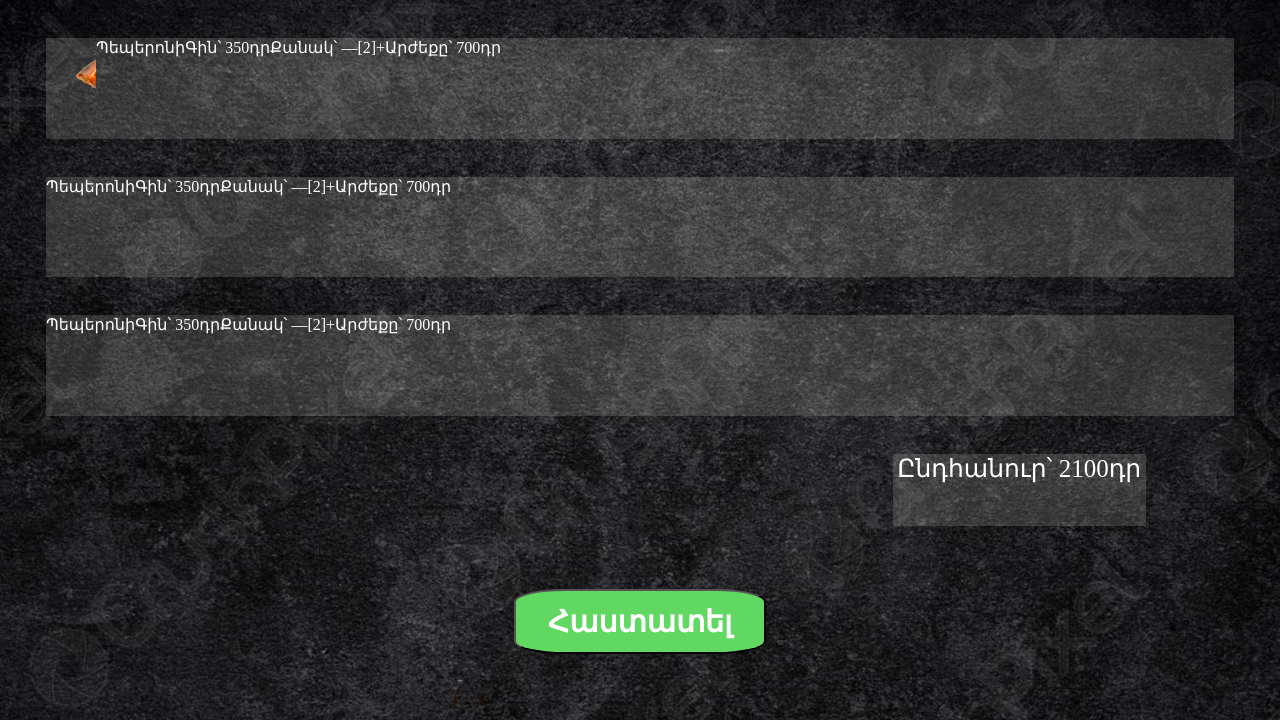
Repository: NarekTovmasyan/PizzaManue
Page: public/basket.html
The author's editor kept a copy of each file at every save. The page is drawn from the files as they stood at one save, then again after the next save.
The browser window is 1280 px wide. The pictures show the whole page.

Above is the page before, as saved 2022-01-20 14:29:29.

After the next save:
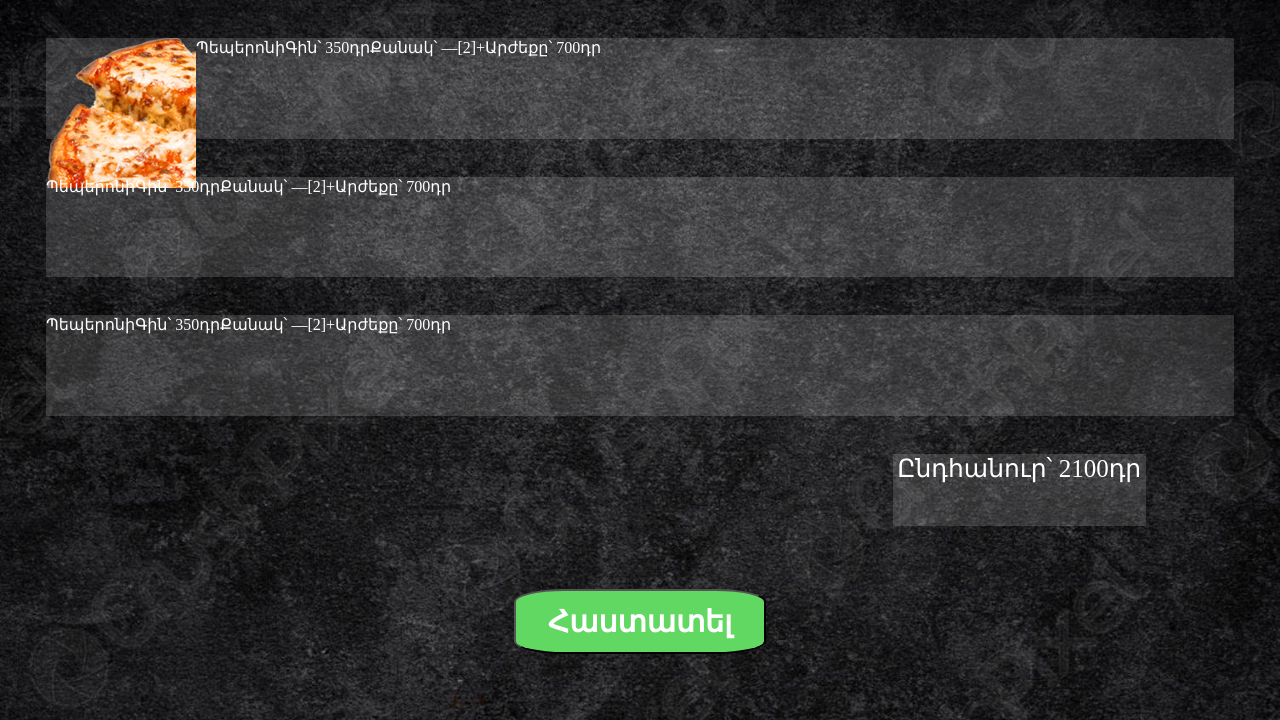
Saved 72 s later.
--- a/public/basket.css
+++ b/public/basket.css
@@ -49,7 +49,7 @@ body {
 .pizza1Img{
 
     background-image: url(./images/pizza1.png);
-    height: 50px;
-    width: 50px;
+    height: 150px;
+    width: 150px;
 
 }
